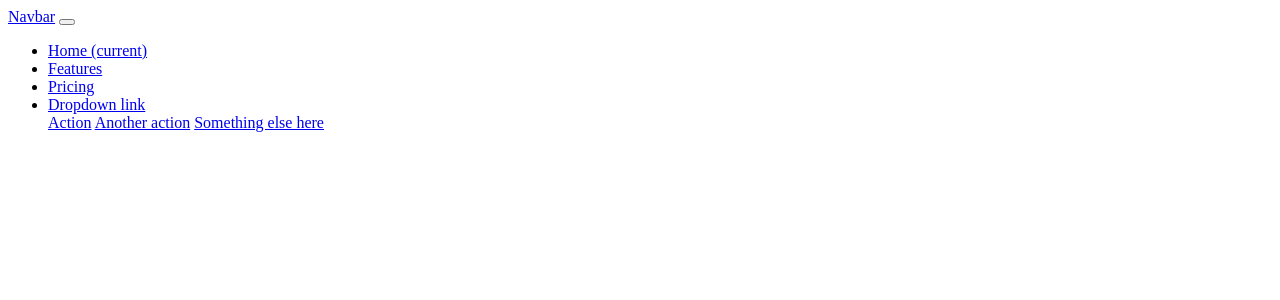
Repository: khss4008/JSP_project
Page: http://localhost/Webshop2/main.jsp
The author's editor kept a copy of each file at every save. The page is drawn from the files as they stood at one save, then again after the next save.
The browser window is 1280 px wide. The pictures show the whole page.
The page is served by Tomcat 9.

Above is the page before, as saved 2021-11-04 00:20:10.

After the next save:
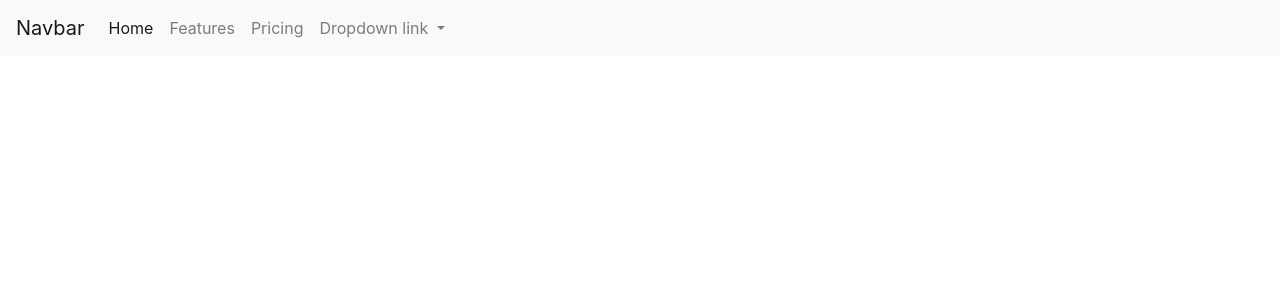
Console error: TypeError: Cannot read properties of undefined (reading 'fn')
Saved 2 min 27 s later.
--- a/Webshop2/WebContent/header.jsp
+++ b/Webshop2/WebContent/header.jsp
@@ -1,6 +1,8 @@
 <%@ page language="java" contentType="text/html; charset=UTF-8"
     pageEncoding="UTF-8"%>
 
+<link rel="stylesheet" href="https://stackpath.bootstrapcdn.com/bootstrap/4.3.1/css/bootstrap.min.css" integrity="sha384-ggOyR0iXCbMQv3Xipma34MD+dH/1fQ784/j6cY/iJTQUOhcWr7x9JvoRxT2MZw1T" crossorigin="anonymous">
+<script src="https://stackpath.bootstrapcdn.com/bootstrap/4.3.1/js/bootstrap.min.js" integrity="sha384-JjSmVgyd0p3pXB1rRibZUAYoIIy6OrQ6VrjIEaFf/nJGzIxFDsf4x0xIM+B07jRM" crossorigin="anonymous"></script>
 
 <nav class="navbar navbar-expand-lg navbar-light bg-light">
   <a class="navbar-brand" href="#">Navbar</a>
